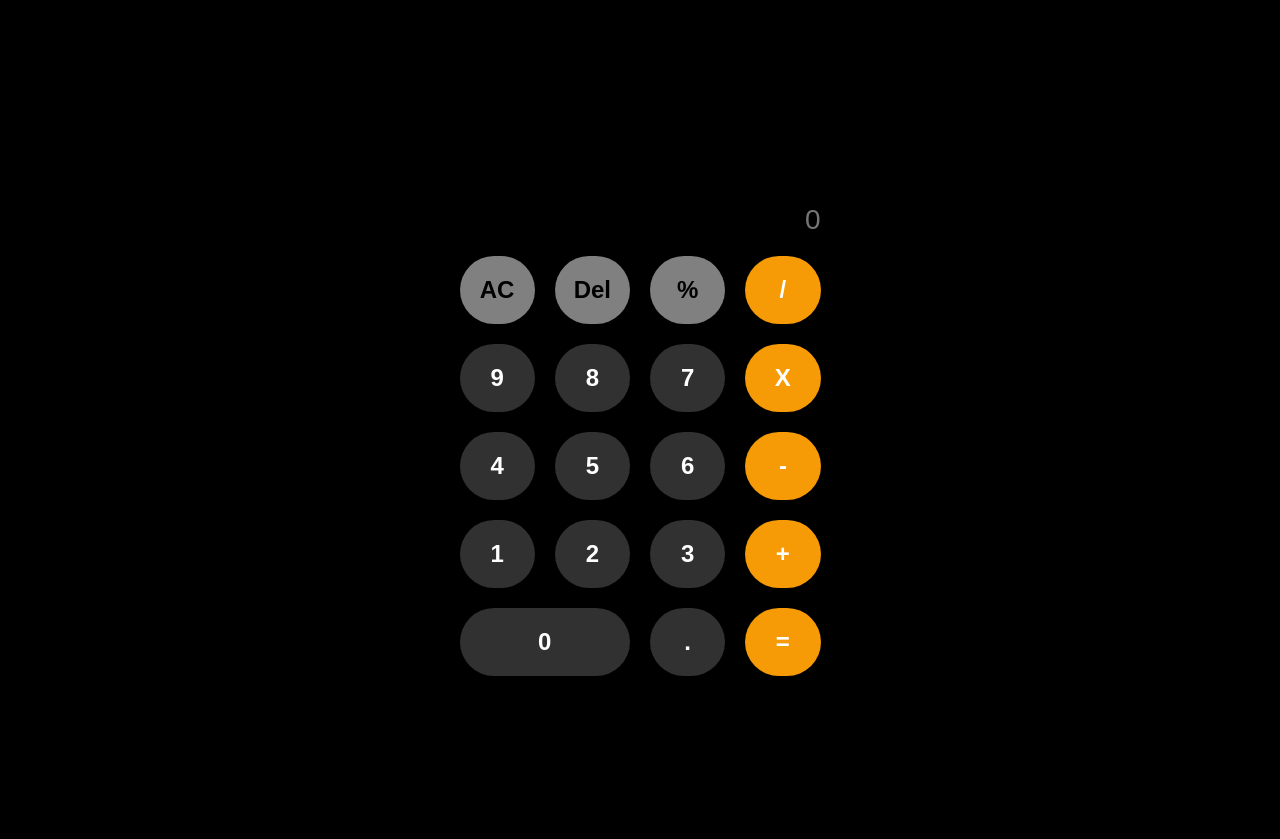
Repository: ble-syn/reactCalculator
Page: /
An editor plug-in stored every save of this project. The page is shown before and after the next save, followed by the edit.
The browser window is 1280 px wide. The pictures show the whole page.
The project was rebuilt for these pictures with package versions that can differ from the ones it lists, and the page was loaded fresh each time.

Above is the page before, as saved 2022-10-06 22:07:07.

### src/index.css
*{
  margin: 0;
  box-sizing: border-box;
}

body{
  display: flex;
  justify-content: center;
  align-items: center;
  flex-direction: column;
  background-color: #000;
  color: #fff;
  margin: 12% auto;
}
.container {
  max-width: 1200px;
  padding: 10px;
  background: #202124;
box-shadow:  -20px 20px 60px #101112,
             20px -20px 60px #303236;
}
#calculator-display {
  border: none;
  width: 100%;
  text-align: right;
  font-size: 28px;
  padding: 50px 10px 10px;
  color: #fff;
  background-color: #000;
}

.calculator-keys{
  display: grid;
  grid-template-columns: repeat(4, 1fr);
  grid-gap: 20px;
  margin: 10px;
}
button {
  padding: 20px 15px;
  display: grid;
  place-items: center;
  outline: none;
  border-radius: 50px;
  font-weight: 700;
  border: none;
  color: #fff;
  background-color: #313131;
  font-size: 24px;
  cursor: pointer;
}
button:focus {
  background-color: #D1D1D1;
}
.zero {
  grid-column: 1/3;
}
.gray {
  background-color: gray;
  color: #000;
}
.yellow {
  background-color: #F69A06;
}
.yellow:focus{
  background-color: #ffffff;
  color: #F69A06;
}

### src/App.js
import {useState} from "react";

function App() {
  const [numDisplay, setNumDisplay] = useState("")
  const operators = ["+", "-", "*", "/"]

const numClick = (event) => {
      event.preventDefault()
      let value = event.target.value
      setNumDisplay(numDisplay + value)
}


const deleteNum = () => {
  setNumDisplay(numDisplay.slice(0, -1))
}
const reset = () => {
  setNumDisplay("")
}
const percent = () => {
  setNumDisplay(numDisplay / 100)
}
const equals = () => {
  setNumDisplay(eval(numDisplay))
}

  return (
    <main id="container">
      <div class="calculator">
          <div><input id="calculator-display" type="text" placeholder="0" value={numDisplay} /></div>

          <div class="calculator-keys">
              <button onClick={reset} value=" " class="gray">AC</button>
              <button onClick={deleteNum} value="" class="gray">Del</button>
              <button onClick={percent} value="%" class="gray">%</button>
              <button onClick={numClick} value="/" class="yellow">/</button>
              <button onClick={numClick} value="9">9</button>
              <button onClick={numClick} value="8">8</button>
              <button onClick={numClick} value="7" >7</button>
              <button onClick={numClick} value="*" class="yellow">X</button>
              <button onClick={numClick} value="4">4</button>
              <button onClick={numClick} value="5">5</button>
              <button onClick={numClick} value="6">6</button>
              <button onClick={numClick} value="-" class= "yellow">-</button>
              <button onClick={numClick} value="1">1</button>
              <button onClick={numClick} value="2">2</button>
              <button onClick={numClick} value="3">3</button>
              <button onClick={numClick} value="+" class="yellow">+</button>
              <button onClick={numClick} value="0" class="zero" >0</button>
              <button onClick={numClick} value="." data-action="decimal">.</button>
              <button onClick={equals} value="=" class="yellow">=</button>
          </div>
      </div>
    </main>
  )
}

export default App;

Loaded but not shown: public/index.html (common file); src/index.js (common file); src/reportWebVitals.js (common file)

After the next save:
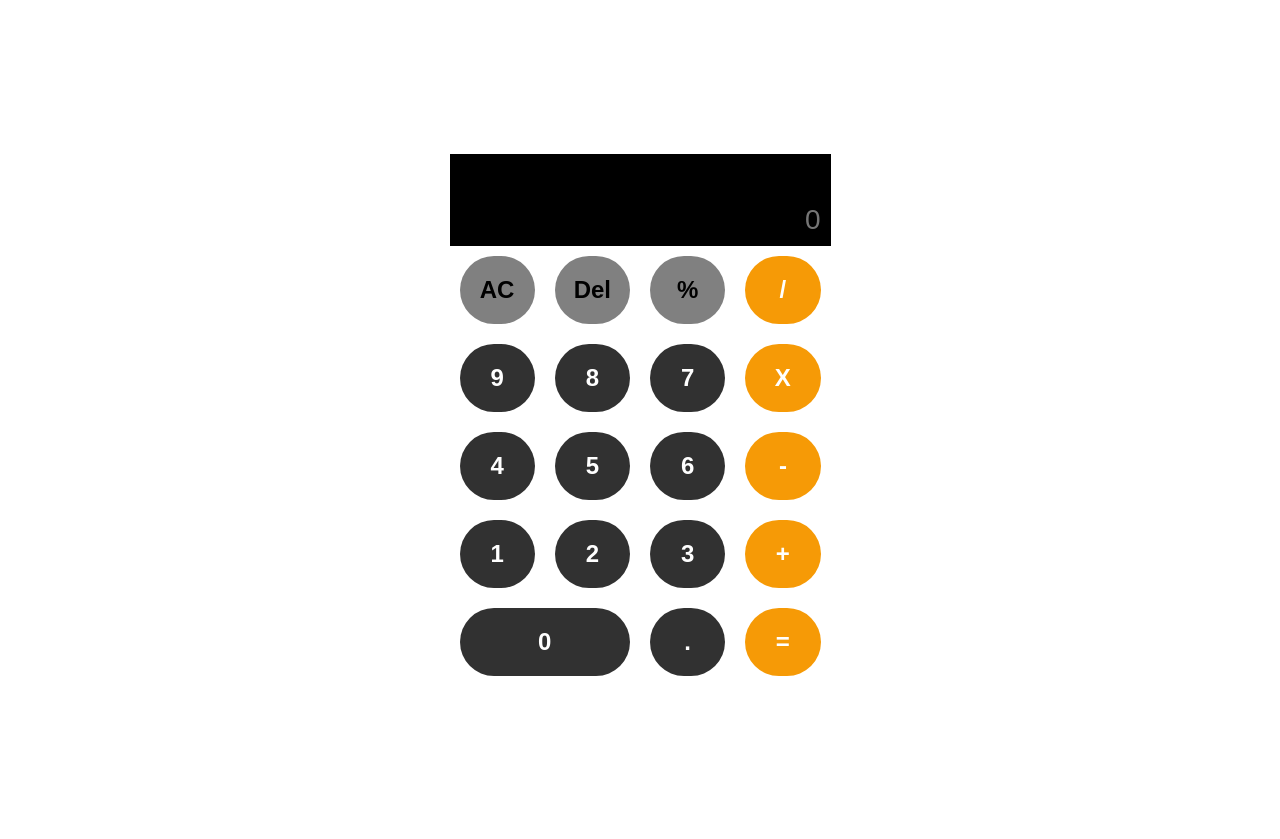
Saved 37 s later.
--- a/src/index.css
+++ b/src/index.css
@@ -8,7 +8,7 @@
   justify-content: center;
   align-items: center;
   flex-direction: column;
-  background-color: #000;
+  background-color: #202124
   color: #fff;
   margin: 12% auto;
 }
